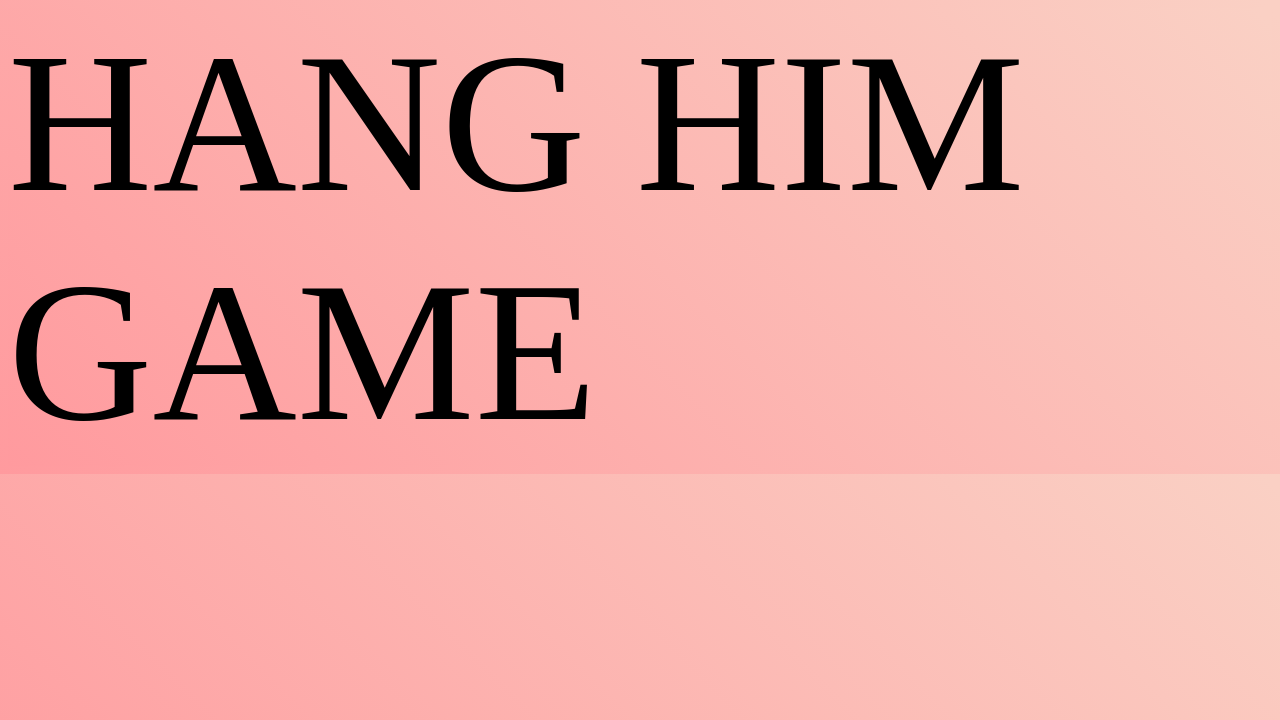
Repository: leandroBarbosaFR/Game-HangHim
Page: index.html
The author's editor kept a copy of each file at every save. The page is drawn from the files as they stood at one save, then again after the next save.
The browser window is 1280 px wide. The pictures show the whole page.

Above is the page before, as saved 2022-07-22 17:50:12.

After the next save:
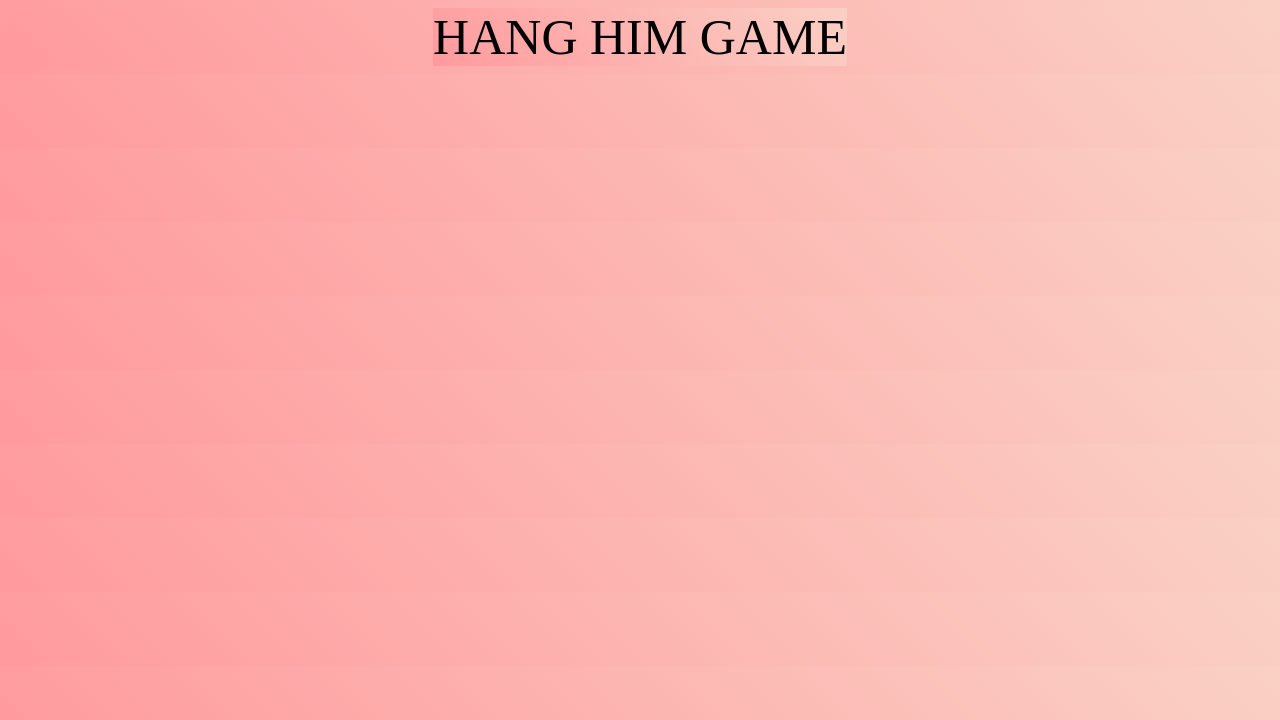
Saved 6 s later.
--- a/style.css
+++ b/style.css
@@ -9,5 +9,5 @@
   justify-content: center;
   align-items: center;
   flex-direction: column;
-  font-size: 200px;
+  font-size: 50px;
 }
